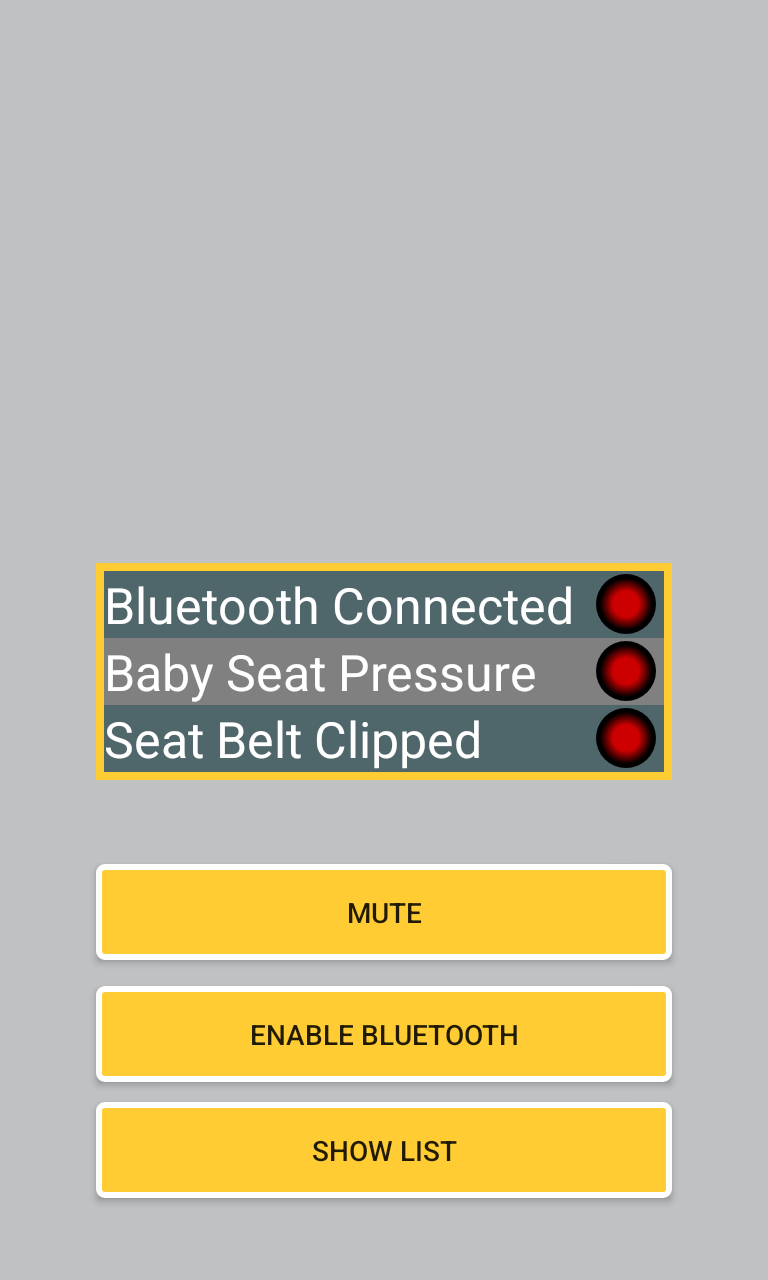
Repository: kqbright/Senior_Design2_Baby_Saver_Android_App
Layout: AppWorkspace/BabyCarTest/res/layout/activity_main.xml
The author's editor kept a copy of each file at every save. The layout is drawn from the files as they stood at one save, then again after the next save.
It is drawn on a 768 x 1280 px phone screen (xhdpi) without system bars, with theme AppTheme; the app's code is not run.

Above is the layout before, as saved 2014-12-01 02:58:27.

After the next save:
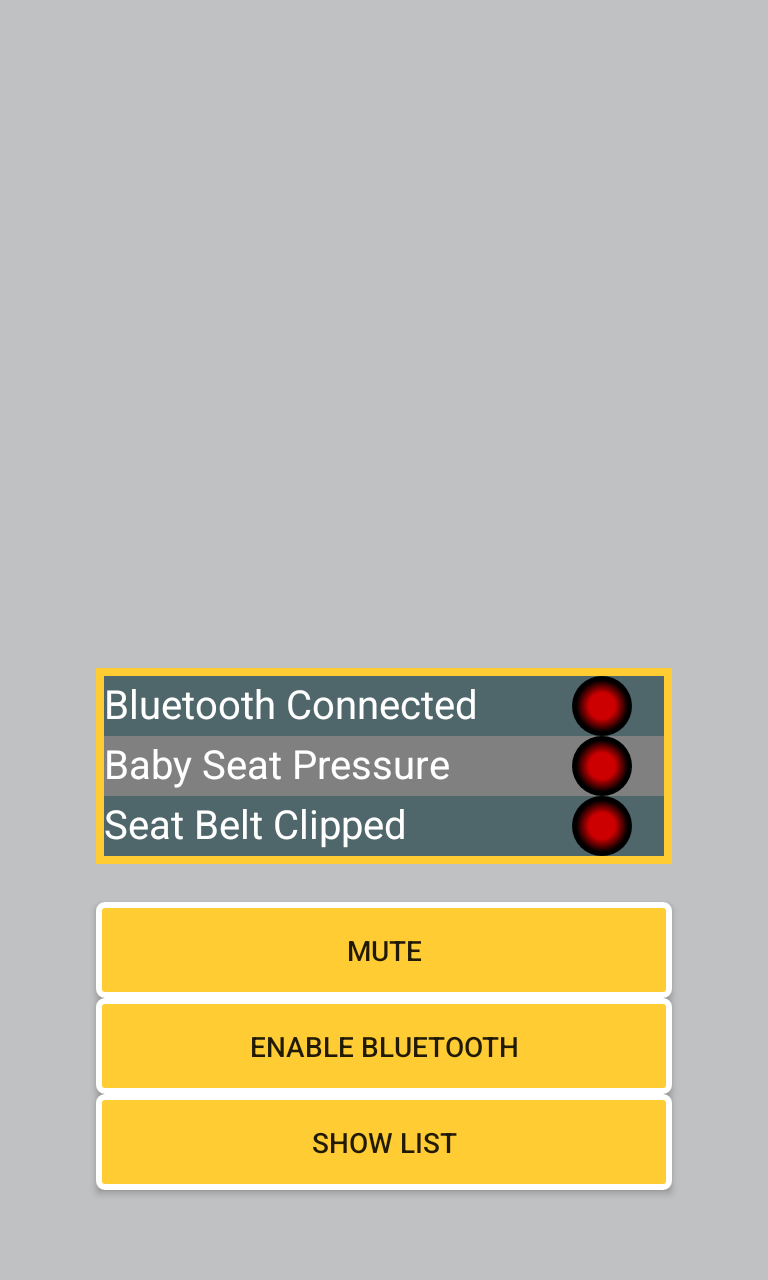
Saved 2 min 23 s later.
--- a/AppWorkspace/BabyCarTest/res/layout/activity_main.xml
+++ b/AppWorkspace/BabyCarTest/res/layout/activity_main.xml
@@ -22,14 +22,15 @@
         android:textAppearance="?android:attr/textAppearanceLarge" />
 
     <Button
-        android:id="@+id/button1"
-        android:layout_width="288dp"
+        android:id="@+id/button2"
+        android:layout_width="wrap_content"
         android:layout_height="wrap_content"
-        android:layout_above="@+id/button2"
-        android:layout_centerHorizontal="true"
-        android:layout_marginBottom="10dp"
+        android:layout_alignLeft="@+id/button1"
+        android:layout_alignParentBottom="true"
+        android:layout_alignRight="@+id/button1"
+        android:layout_marginBottom="29dp"
         android:background="@drawable/custom_button1"
-        android:text="@string/button_text" />
+        android:text="@string/button2_text" />
 
     <TableLayout
         android:id="@+id/tableLayout1"
@@ -38,7 +39,7 @@
         android:layout_above="@+id/button4"
         android:layout_alignLeft="@+id/button4"
         android:layout_alignRight="@+id/button4"
-        android:layout_marginBottom="42dp"
+        android:layout_marginBottom="19dp"
         android:background="@drawable/table_border"
         android:stretchColumns="0,1,2" >
 
@@ -52,7 +53,7 @@
             <TextView
                 android:text="@string/connected"
                 android:textColor="@color/white"
-                android:textSize="25sp" />
+                android:textSize="20sp" />
 
             <ImageView
                 android:id="@+id/circle1"
@@ -70,7 +71,7 @@
             <TextView
                 android:text="@string/pressure_applied"
                 android:textColor="@color/white"
-                android:textSize="25sp" />
+                android:textSize="20sp" />
 
             <ImageView
                 android:id="@+id/circle2"
@@ -88,7 +89,7 @@
             <TextView
                 android:text="@string/seat_belt"
                 android:textColor="@color/white"
-                android:textSize="25sp" />
+                android:textSize="20sp" />
 
             <ImageView
                 android:id="@+id/circle3"
@@ -96,8 +97,6 @@
                 android:background="@drawable/red_circle"
                 android:contentDescription="@string/red_circle" />
         </TableRow>
-
-
     </TableLayout>
 
     <Button
@@ -107,19 +106,16 @@
         android:layout_above="@+id/button1"
         android:layout_alignLeft="@+id/button1"
         android:layout_alignRight="@+id/button1"
-        android:layout_marginBottom="13dp"
         android:background="@drawable/custom_button1"
         android:text="@string/mute" />
 
     <Button
-        android:id="@+id/button2"
-        android:layout_width="wrap_content"
+        android:id="@+id/button1"
+        android:layout_width="288dp"
         android:layout_height="wrap_content"
-        android:layout_alignLeft="@+id/button1"
-        android:layout_alignParentBottom="true"
-        android:layout_alignRight="@+id/button1"
-        android:layout_marginBottom="25dp"
+        android:layout_above="@+id/button2"
+        android:layout_centerHorizontal="true"
         android:background="@drawable/custom_button1"
-        android:text="@string/button2_text" />
+        android:text="@string/button_text" />
 
 </RelativeLayout>
